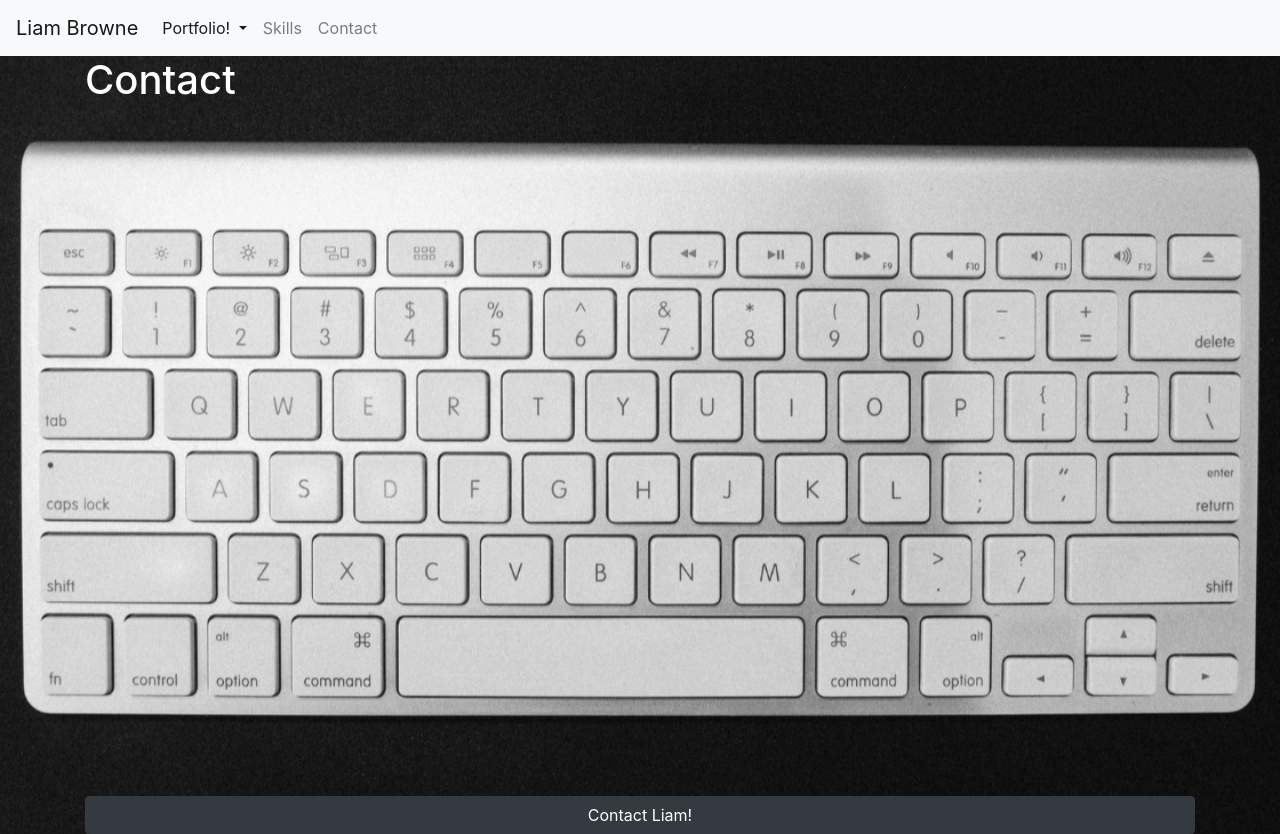
Repository: LiamB123/LiamBrowne.com.github.io
Page: contact.html
The author's editor kept a record of every edit. The page is drawn from the files as they stood at one moment, then again after the next edit.
The browser window is 1280 px wide. The pictures show the whole page.
Backgrounds fixed to the window are drawn as part of the page.

Above is the page before.

After the next edit:
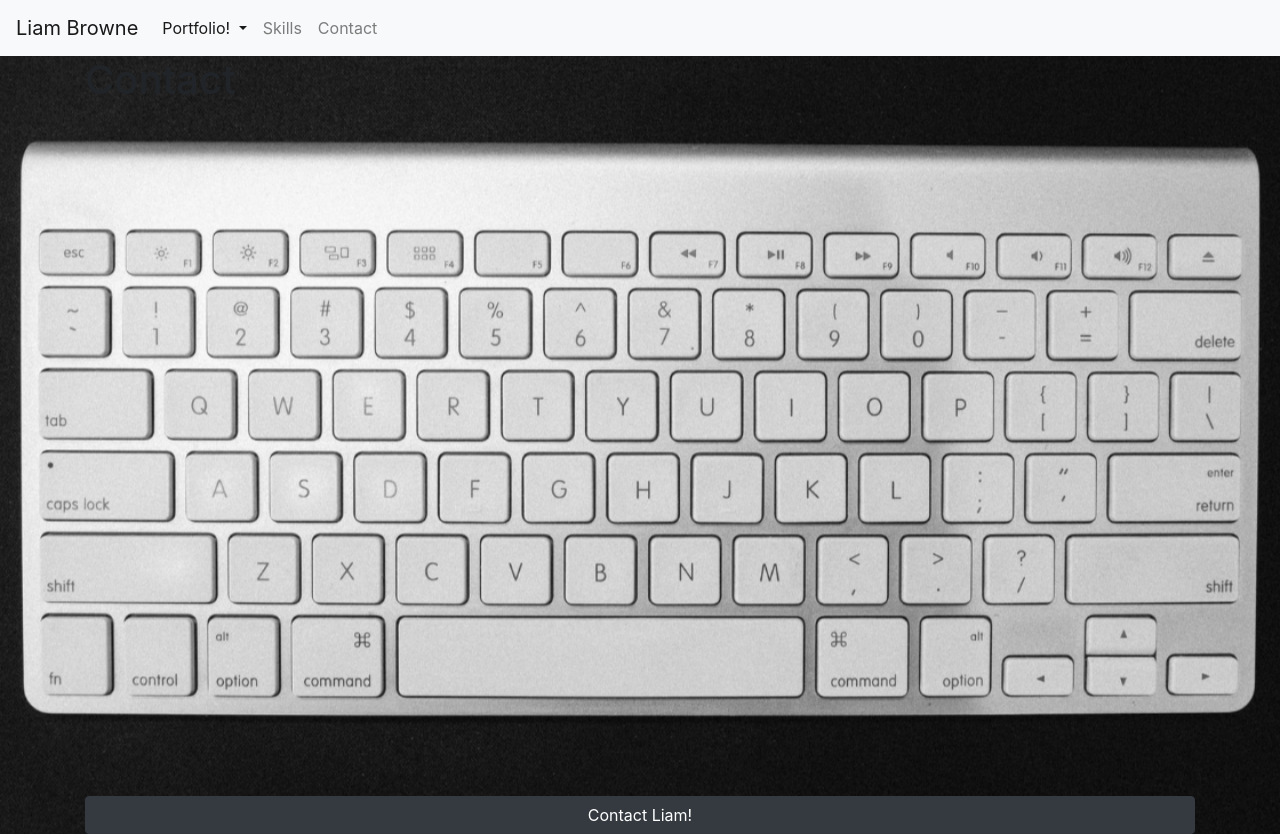
The edit:
--- a/contact.html
+++ b/contact.html
@@ -56,7 +56,7 @@
 </nav>
 
 <div id="contact-img">
-    <div class="container white-lettering">
+    <div class="container">
 
 
 

After the edit that followed:
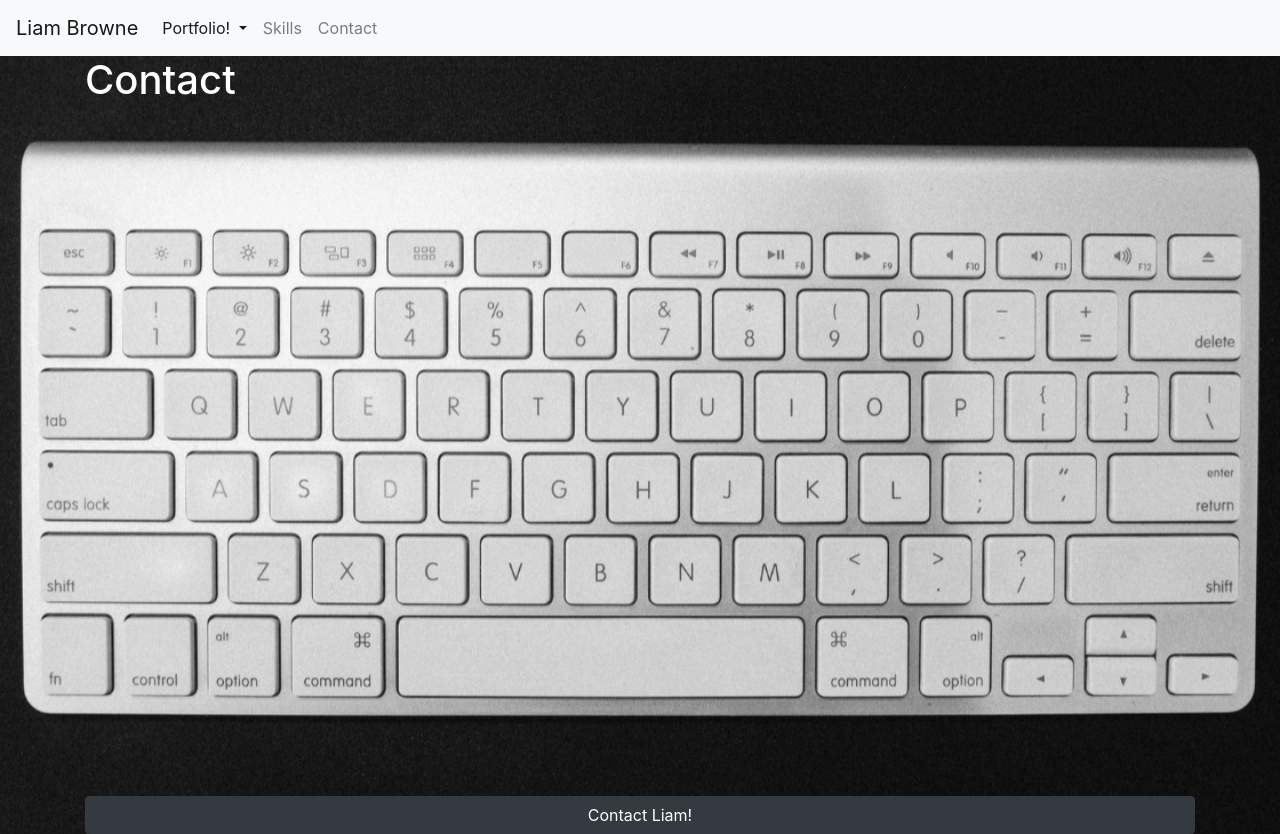
The edit:
--- a/contact.html
+++ b/contact.html
@@ -60,7 +60,7 @@
 
 
 
-        <h1>
+        <h1 class="white-lettering">
             Contact
         </h1>
         <div class="row row-flex">
